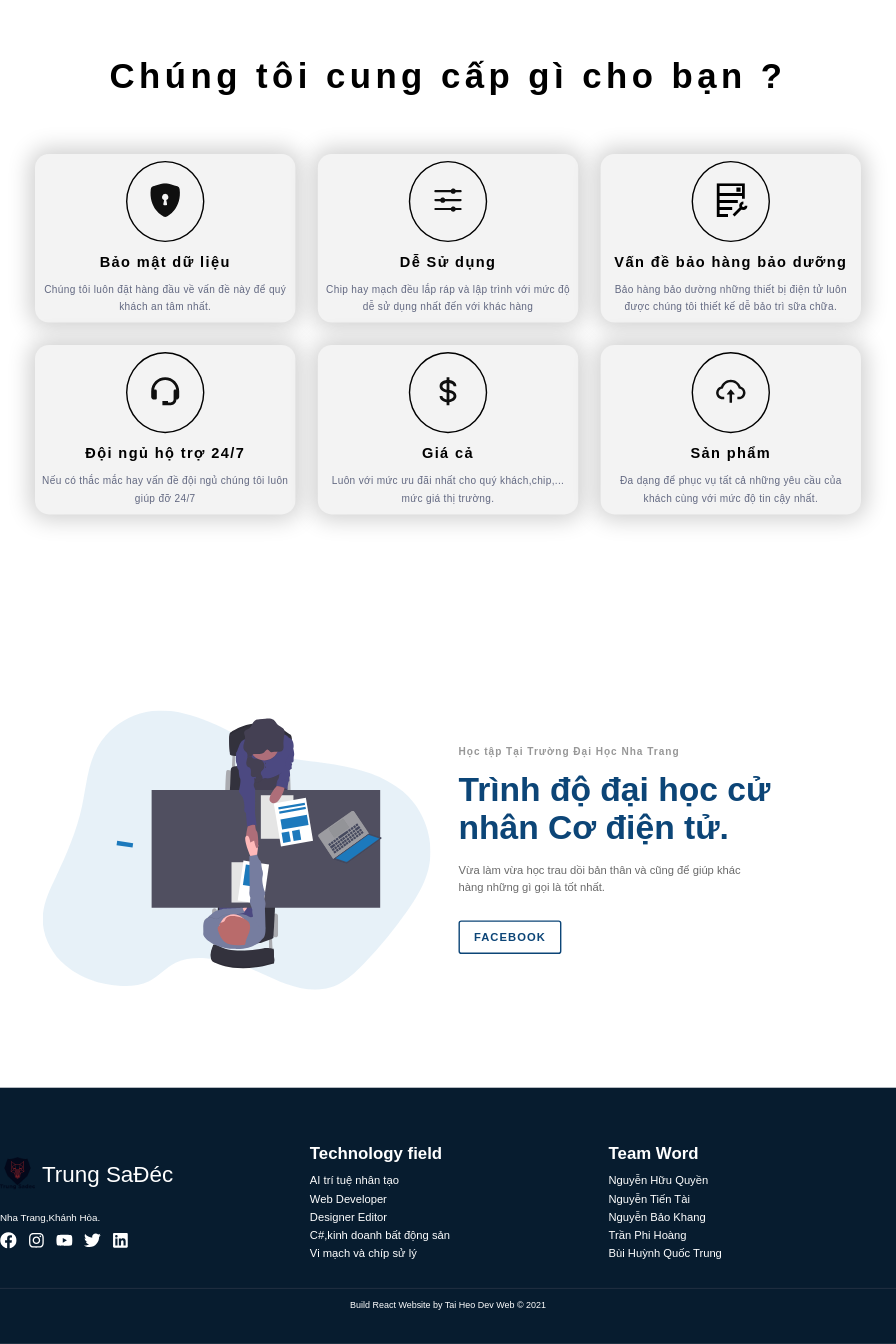
Repository: fdhhhdjd/Profile-Gift-B_H_Q_Trung
Page: /
These files come from the project's save history. The page is drawn as it stood at one moment and after the next save; the edit follows.
The browser window is 1280 px wide. The pictures show the part of the page from y = 777 to 2697 px (the page is 2697 px tall before and 2596 px after), at 70% of full size.
The project was rebuilt for these pictures with package versions that can differ from the ones it lists, and the page was loaded fresh each time. Also part of the build but not shown: src/Styles/PricingStyles.js, src/Data/PricingData.js, src/Pages/PricingPage.js. Imported but missing from the stored project, and not drawn on this page: src/Pages/SignUpPage.

Above is the page before, as saved 2021-10-29 10:05:20.

After the next save:
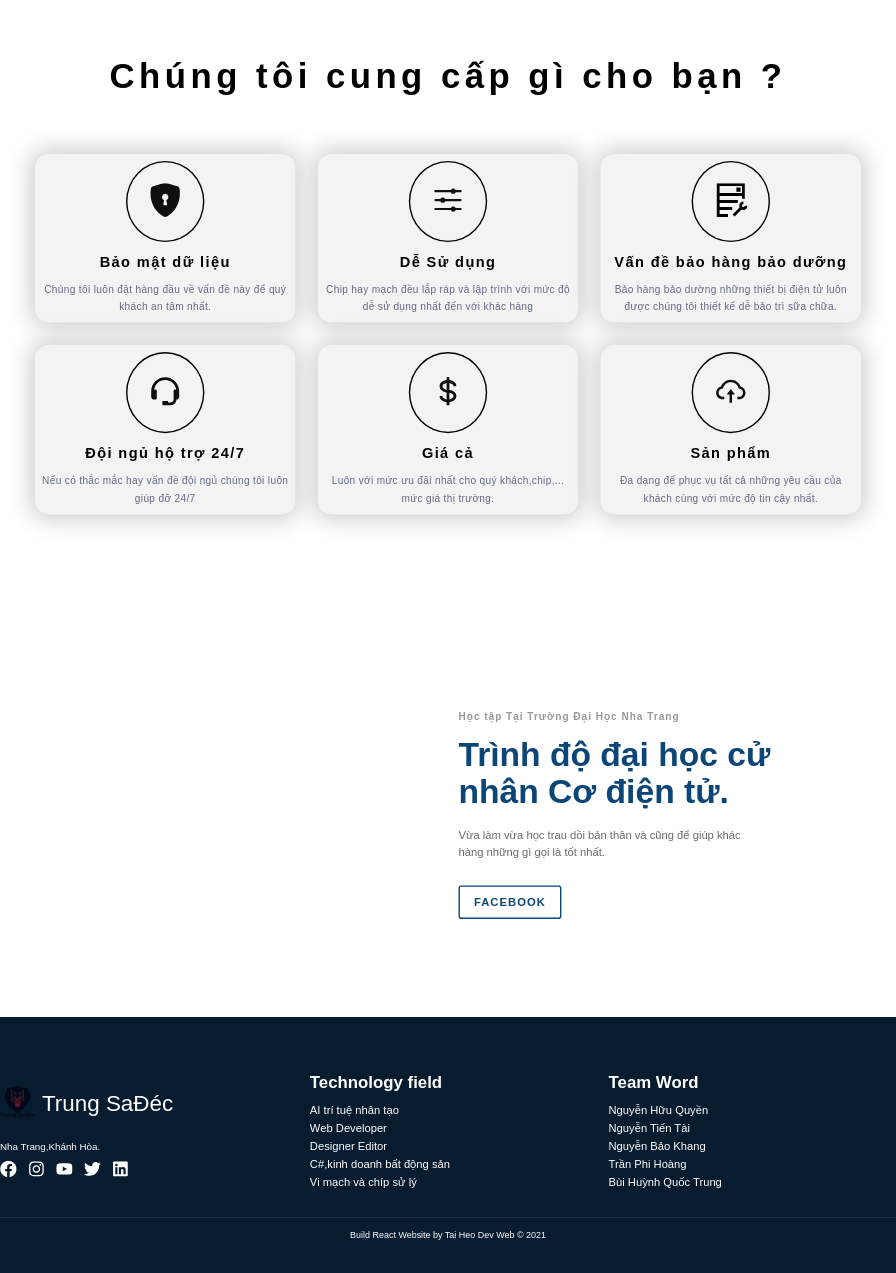
Saved 20 s later.
--- a/src/Components/Content.js
+++ b/src/Components/Content.js
@@ -57,7 +57,8 @@ export const Content = ({
           <ContentColumn>
             <ImgWrapper>
               <Img
-                src={img}
+                // src={img}
+                ref={arrow}
                 alt={alt}
                 whileHover={{ rotate: 2, scale: 1.02 }}
                 transition={{ duration: 0.5 }}
